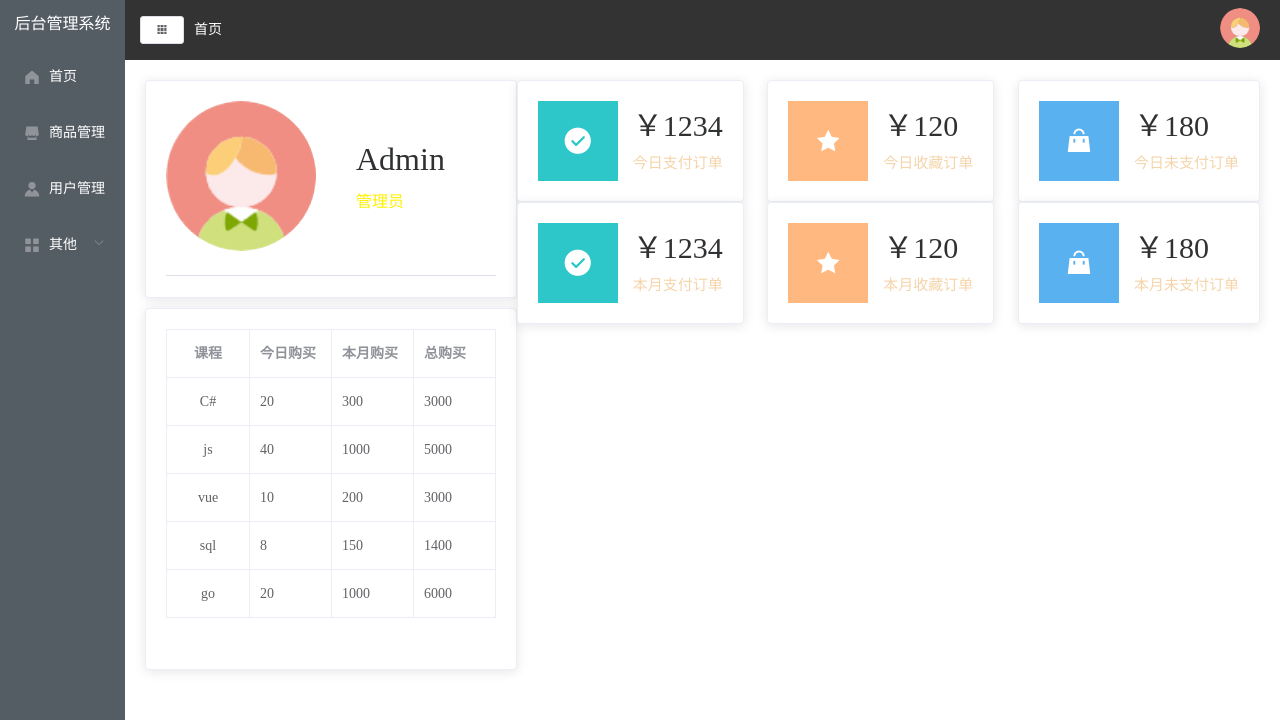
Repository: tkqi/manage
Page: /
An editor plug-in stored every save of this project. The page is shown before and after a run of saves, followed by the edit.
The browser window is 1280 px wide. The pictures show the whole page.
The project was rebuilt for these pictures with package versions that can differ from the ones it lists, and the page was loaded fresh each time. Also part of the build but not shown: vue.config.js.

Above is the page before, as saved 2023-12-06 11:41:27.

After the next 2 saves:
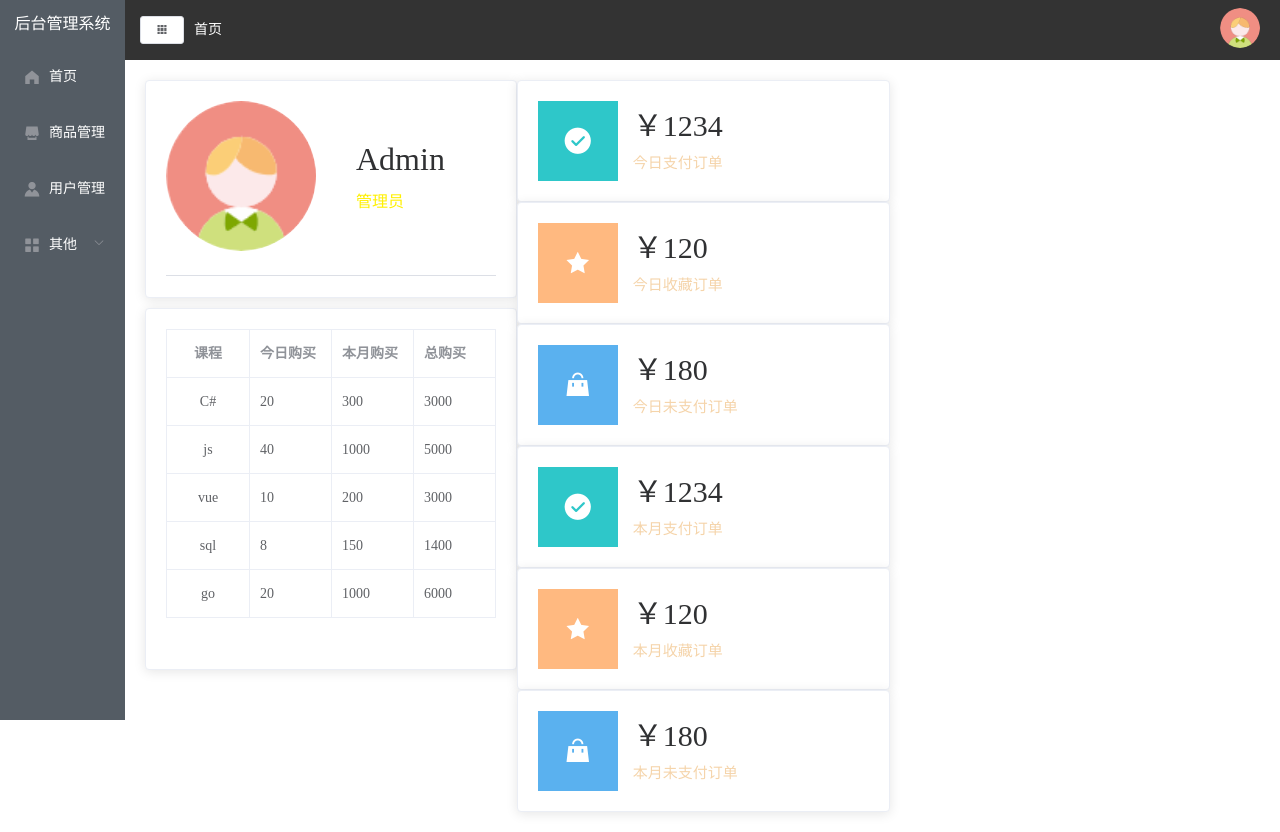
The 2 saves are shown as one change because 1 did not build or start.
The last was saved 21 s later.
--- a/src/views/Home.vue
+++ b/src/views/Home.vue
@@ -178,9 +178,7 @@ export default {
     display: flex;
     flex-wrap: wrap;
     justify-content: space-between;
-    el-card{
-        width: 50%;
-    }
+
     .icon {
         width: 80px;
         height: 80px;
@@ -195,6 +193,7 @@ export default {
         flex-direction: column;
         justify-content: center;
         margin-left: 15px;
+
         .value {
             font-size: 30px;
             line-height: 30px;
@@ -208,5 +207,8 @@ export default {
             color: rgb(245, 212, 170);
         }
     }
-}
-</style>
+
+    .el-card {
+        width: 50%;
+    }
+}</style>
